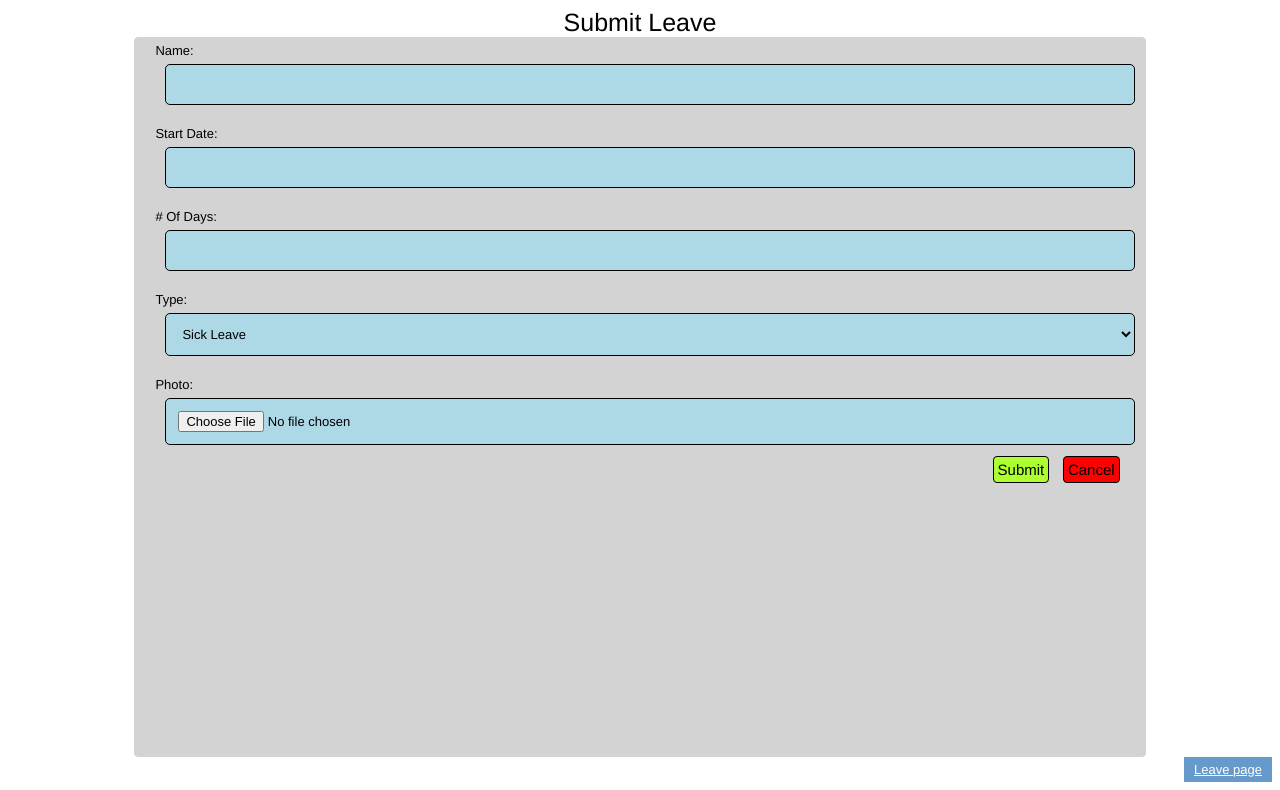
Repository: Murad71/BasicCRUD
Page: index.html
An editor plug-in stored every save of this project. The page is shown before and after the next save, followed by the edit.
The browser window is 1280 px wide. The pictures show the whole page.

Above is the page before, as saved 2023-04-18 19:46:15.

### index.html
<!DOCTYPE html>
<html lang="en">
  <head>
    <meta charset="UTF-8" />
    <meta http-equiv="X-UA-Compatible" content="IE=edge" />
    <meta name="viewport" content="width=device-width, initial-scale=1.0" />
    <link rel="stylesheet" href="index.css" />
    <title>Leave Request</title>
  </head>
  <body>
    <div>
      <form id="form1">
        <header>Submit Leave</header>
        <div class="container">
          <label for="name">Name:</label>
          <input type="text" id="name" name="name" />
          <br />
          <label for="startdate">Start Date:</label>
          <input type="text" id="startdate" name="startdate" />
          <br />
          <label for="days"># Of Days:</label>
          <input type="text" id="days" name="days" />
          <br />
          <label for="leaves">Type:</label>
          <select id="leave" name="leaves" required>
            <option value="Sick leave">Sick Leave</option>
            <option value="Early leave">Early Leave</option>
            <option value="Vacation leave">Vacation Leave</option>
            <option value="Other">Other</option>
          </select>
          <br />
          <label for="photo">Photo:</label>
          <input type="file" id="photo" name="photo"/>
          <div class="button-container">
            <input type="submit" value="Submit" id="submitButton"/>
            <input type="reset" value="Cancel" class="cancel" />
          </div>
        </div>
      </form>
      <div class="anchorContainer">
        <a href="index1.html"> Leave page</a>
        <!--Added the hyperlink here-->
      </div>
    </div>
    <script src="script.js"></script>
  </body>
</html>

### index.css
* {
  box-sizing: border-box;
  font-family: "Franklin Gothic Medium", "Arial Narrow", Arial, sans-serif;
  font-size: small;
}

.container {
  background-color: lightgray;
  padding: 5px 20px 15px 20px;
  border: 1px solid lightgray;
  border-radius: 4px;
  display: flex;
  flex-direction: column;
  margin: 0 auto;
  width: 80%;
  height: 100vh;
}

header {
  font-size: 25px;
  text-align: center;
}

input[type="text"],
input[type="file"],
select,
textarea {
  width: 100%;
  padding: 12px;
  margin: 6px;
  border: 1px solid;
  border-radius: 5px;
  margin-left: 10px;
  background-color: lightblue;
}

.button-container {
  text-align: right;
}

input[type="submit"],
input[type="reset"] {
  font-size: 15px;
  border: 1px solid;
  margin: 5px;
  padding: 4px;
  background-color: greenyellow;
  border-radius: 4px;
}

input[type="reset"].cancel {
  background-color: red;
}

.anchorContainer {
  text-align: right;
}

a {
  display: inline-block;
  background: #69c;
  color: #fff;
  padding: 5px 10px;
}

### script.js
let storage=JSON.parse(localStorage.getItem('store')) || [];
let index=JSON.parse(localStorage.getItem('rIndex')) || null;
const submitButtonCatch=document.getElementById("submitButton");
const img= new Image();

//after clicking the submit button
submitButtonCatch.addEventListener("click",() =>{
    const form=document.getElementById("form1");
    let object={};
    let flag=true;

    object["id"]= Date.now();
    for(let i=0;i<form.length;i++)
    {
        if(form.elements[i].name=="photo")
        {
            object[form.elements[i].name]= img.src;
        }
        else
        {
            object[form.elements[i].name]=form.elements[i].value;
        }
        if(form.elements[i].value=='')
        {
            flag=false;
            alert("WARNING: Fill all the given Input correctly.");
            break;
        }
        if(form.elements[i].name=="days" && (form.elements[i].value>7 || form.elements[i].value<1))
        {
            flag=false;
            alert("WARNING: Enter a valid number for vacation");
            break;
        }
    }

    if(flag)
    {
        alert("Your data has been submitted Successfully!!");
        if(index!=null)
        {
            storage[index]=object;
            index=null;
        }
        else storage.push(object);


        localStorage.setItem('store',JSON.stringify(storage));
        localStorage.setItem('rIndex',JSON.stringify(index));
        form.reset();
    }
});


//base64 conversion
const fileEl= document.getElementById('photo');
fileEl.addEventListener('change', () =>{

    const fr= new FileReader();
    fr.readAsDataURL(fileEl.files[0]);

    fr.addEventListener('load', ()=>{

        const url= fr.result;
        img.src= url;

    });

});


console.log(storage);



// let submitButtonClicked=document.getElementById("submitButton");
// let indx=0;
// let flag= true;
// let obj={};

// submitButtonClicked.addEventListener('click',() =>{

//     const form= document.getElementById('form1');
//     obj["id"]= indx;
//     indx++;
//     for(let i=0; i<form.length; i++)
//     {
//         obj[form.elements[i].name]=form.elements[i].value;
//         if(form.elements[i].value=='')
//         {
//             flag=false;
//             alert("WARNING: Fill all the given Input correctly.");
//             break;
//         }
//         if(form.elements[i].name=="days" && (form.elements[i].value>7 || form.elements[i].value<1))
//         {
//             flag=false;
//             alert("WARNING: Enter a valid number for vacation");
//             break;
//         }
//     }

//     if(flag)
//     {
//         alert("Data entered successfully!");
//         insertData();
//     }

// });


// function intertData()
// {
//     const table = document.getElementsByClassName("tbody1")[0];
//           var row=document.createElement('tr');
//            row.innerHTML = `<td>${obj.name}</td>
//                 <td>${obj.startdate}</td>
//                 <td>${obj.days}</td>
//                 <td>${obj.leaves}</td>
//                 <td><img id="img" src=${obj.photo} alt=""></td>
//                 <td><a href="index.html" id="edit">Edit</a> <input type='button' value= 'Reject' name=${obj.id} id="reject"/></td>`;
//             table.appendChild(row);
// }

After the next save:
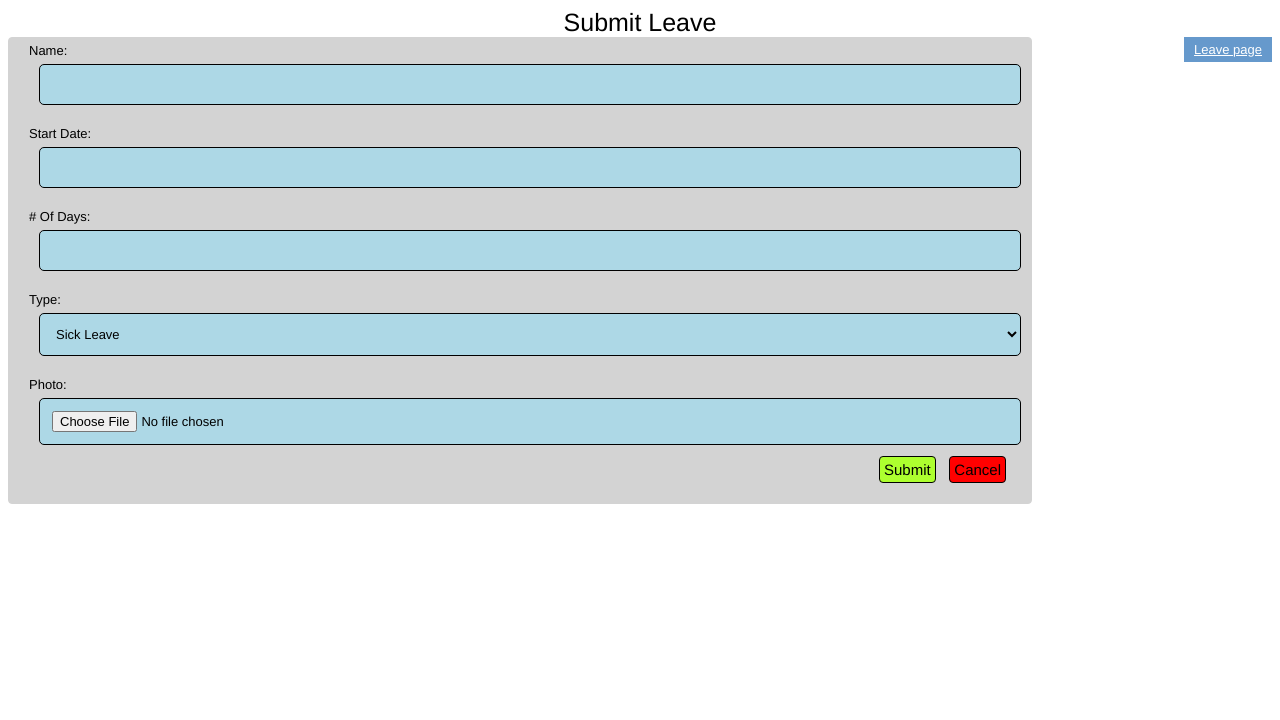
Saved 3 min 13 s later.
--- a/index.css
+++ b/index.css
@@ -13,7 +13,7 @@
   flex-direction: column;
   margin: 0 auto;
   width: 80%;
-  height: 100vh;
+  position: absolute;
 }
 
 header {
